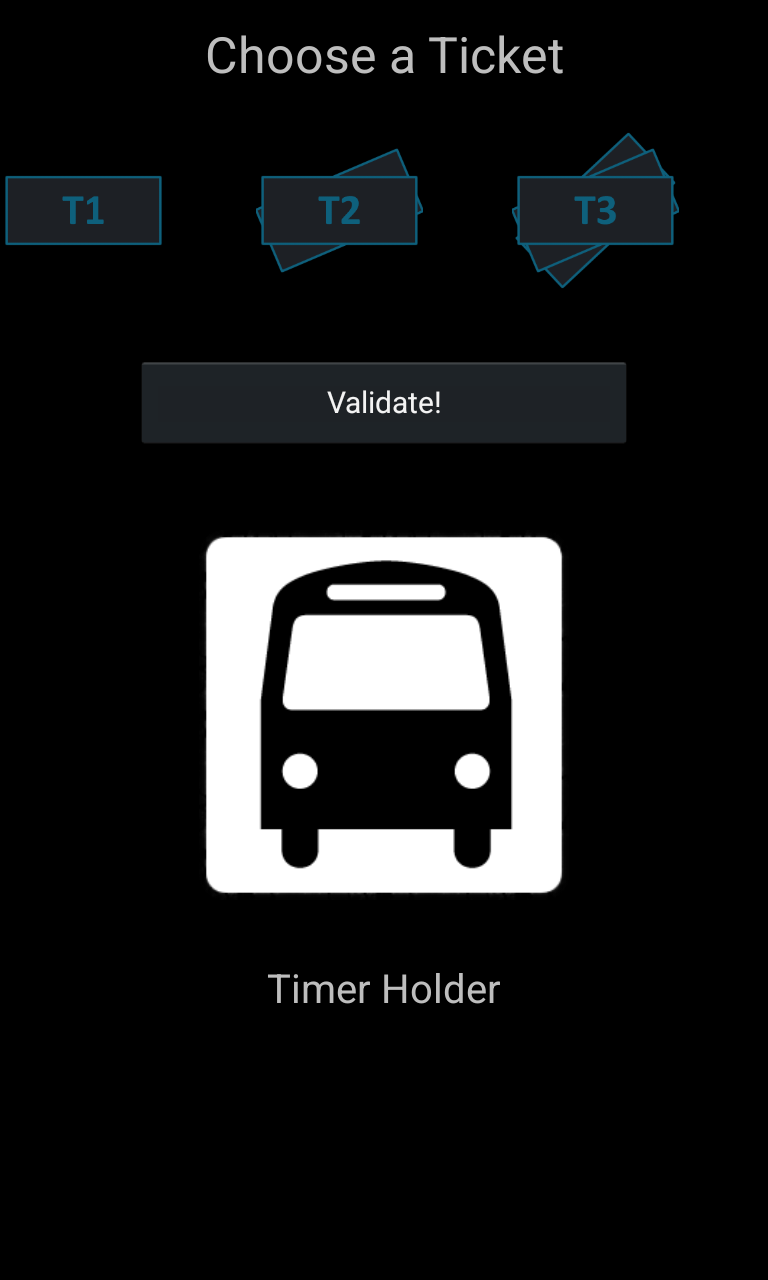
Repository: Nelspike/BusTicketer
Layout: PassengerMode/res/layout/fragment_show_tickets.xml
These files come from the project's save history. The layout is drawn as it stood at one moment and after the next save; the edit follows.
It is drawn on a 768 x 1280 px phone screen (xhdpi) without system bars, with theme AppTheme; the app's code is not run.

Above is the layout before, as saved 2013-10-19 20:53:21.

### PassengerMode/res/layout/fragment_show_tickets.xml
<FrameLayout xmlns:android="http://schemas.android.com/apk/res/android"
    xmlns:tools="http://schemas.android.com/tools"
    android:layout_width="match_parent"
    android:layout_height="match_parent"
    tools:context=".ShowTicketsFragment" >

    <LinearLayout
        android:layout_width="match_parent"
        android:layout_height="wrap_content"
        android:orientation="vertical"
        android:paddingTop="10dp">

	    <TextView
	        android:layout_width="match_parent"
	        android:layout_height="wrap_content"
	        android:text="@string/show_tickets_title"
	        android:textSize="25sp"
	        android:gravity="center"/>

		<RadioGroup
		    android:id="@+id/ticket_radio"
		    android:layout_width="match_parent"
		    android:layout_height="wrap_content"
		    android:gravity="center"
		    android:orientation="horizontal"
		    android:paddingTop="20dp"
		    android:paddingBottom="30dp" >

			<RadioButton
			    android:id="@+id/t1_radio"
				android:button="@drawable/t1_selector"
				android:layout_width="wrap_content"
				android:layout_height="wrap_content"
				android:layout_weight="1"
				android:layout_gravity="center"/>

			<RadioButton
			    android:id="@+id/t2_radio"
				android:button="@drawable/t2_selector"
				android:layout_width="wrap_content"
				android:layout_height="wrap_content"
				android:layout_weight="1"/>

			<RadioButton
			    android:id="@+id/t3_radio"
				android:button="@drawable/t3_selector"
				android:layout_width="wrap_content"
				android:layout_height="wrap_content"
				android:layout_weight="1"/>

		</RadioGroup>

		<Button
		    android:id="@+id/t1_ticket_validate"
		    android:layout_width="250dp"
		    android:layout_height="wrap_content"
		    android:layout_gravity="center"
		    android:text="@string/validate_ticket"
		    android:textSize="15sp" />

		<ImageView
		    android:id="@+id/qr_code_holder"
		    android:contentDescription="@string/description"
		    android:layout_width="450px"
		    android:layout_height="450px"
		    android:src="@drawable/bus"
		    android:layout_gravity="center"
		    android:paddingTop="40dp"/>

		<TextView
		    android:id="@+id/ticket_timer"
		    android:layout_width="match_parent"
		    android:layout_height="wrap_content"
		    android:gravity="center"
		    android:text="Timer Holder"
		    android:textSize="20sp"
		    android:paddingTop="30dp"/>

    </LinearLayout>




</FrameLayout>

### PassengerMode/res/values/styles.xml
<resources>

    <!--
        Base application theme, dependent on API level. This theme is replaced
        by AppBaseTheme from res/values-vXX/styles.xml on newer devices.
    -->
    <style name="AppBaseTheme" parent="android:Theme.Holo">
        <!--
            Theme customizations available in newer API levels can go in
            res/values-vXX/styles.xml, while customizations related to
            backward-compatibility can go here.
        -->
    </style>

    <!-- Application theme. -->
    <style name="AppTheme" parent="android:Theme.Holo">
        <!-- All customizations that are NOT specific to a particular API-level can go here. -->
    </style>

</resources>

### PassengerMode/res/values/strings.xml
<?xml version="1.0" encoding="utf-8"?>
<resources>

    <string name="app_name">Passenger Mode</string>
    <string name="action_settings">Settings</string>
    <string name="hello_world">Hello world!</string>
    <string name="welcome_string">Welcome to Bus Ticketer!</string>
    <string name="splash_screen_description">Splash Screen Logo</string>
    <string name="splash_screen_terms">Lorem ipsum dolor sit amet, consectetur adipiscing elit. In porta cursus lacus ut porta. Ut luctus et urna eu malesuada. Donec magna diam, mollis molestie est eu, bibendum semper quam. Curabitur rhoncus iaculis nisi ut luctus. Pellentesque habitant morbi tristique senectus et netus et malesuada fames ac turpis egestas. Ut luctus gravida massa, a posuere nunc sagittis ac. Maecenas porta nisi sed interdum varius. Nunc tincidunt turpis nec orci interdum sollicitudin in at nulla. Integer non lorem a elit elementum iaculis consectetur vel ipsum. Aenean sed eros laoreet, egestas lacus eu, accumsan risus. Aliquam consequat sagittis urna, quis accumsan felis malesuada sed.</string>
    <string name="splash_screen_name_label">Name:</string>
    <string name="splash_screen_card_label">CC No.:</string>
    <string name="splash_screen_register_button">Register it up!</string>
    <string name="title_activity_central">CentralActivity</string>
    <string name="hello_blank_fragment">Hello blank fragment</string>
    <string name="description">Generic Description</string>
    <string name="validate_ticket">Validate!</string>
    <string name="show_tickets_title">Choose a Ticket</string>

</resources>

### PassengerMode/res/drawable-xxhdpi/t1_selector.xml
<?xml version="1.0" encoding="utf-8"?>
<selector xmlns:android="http://schemas.android.com/apk/res/android" >
	<item android:state_checked="true" android:drawable="@drawable/selectedt1" />
	<item android:state_checked="false" android:drawable="@drawable/t1" />
</selector>

### PassengerMode/res/drawable-xxhdpi/t2_selector.xml
<?xml version="1.0" encoding="utf-8"?>
<selector xmlns:android="http://schemas.android.com/apk/res/android" >
	<item android:state_checked="true" android:drawable="@drawable/selectedt2" />
	<item android:state_checked="false" android:drawable="@drawable/t2" />
</selector>

### PassengerMode/res/drawable-xxhdpi/t3_selector.xml
<?xml version="1.0" encoding="utf-8"?>
<selector xmlns:android="http://schemas.android.com/apk/res/android" >
	<item android:state_checked="true" android:drawable="@drawable/selectedt3" />
	<item android:state_checked="false" android:drawable="@drawable/t3" />
</selector>

After the next save:
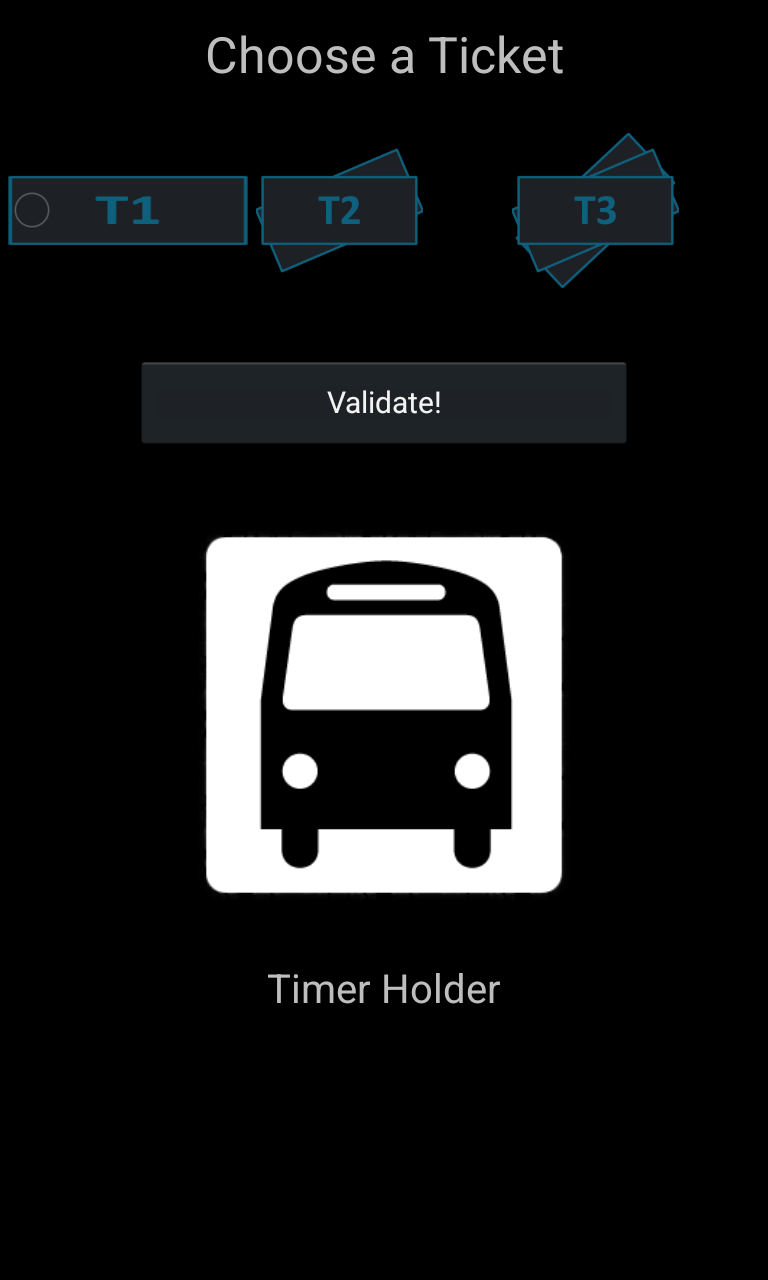
Saved 64 s later.
--- a/PassengerMode/res/layout/fragment_show_tickets.xml
+++ b/PassengerMode/res/layout/fragment_show_tickets.xml
@@ -28,7 +28,7 @@
 
 			<RadioButton
 			    android:id="@+id/t1_radio"
-				android:button="@drawable/t1_selector"
+				android:background="@drawable/t1_selector"
 				android:layout_width="wrap_content"
 				android:layout_height="wrap_content"
 				android:layout_weight="1"

After the save that followed:
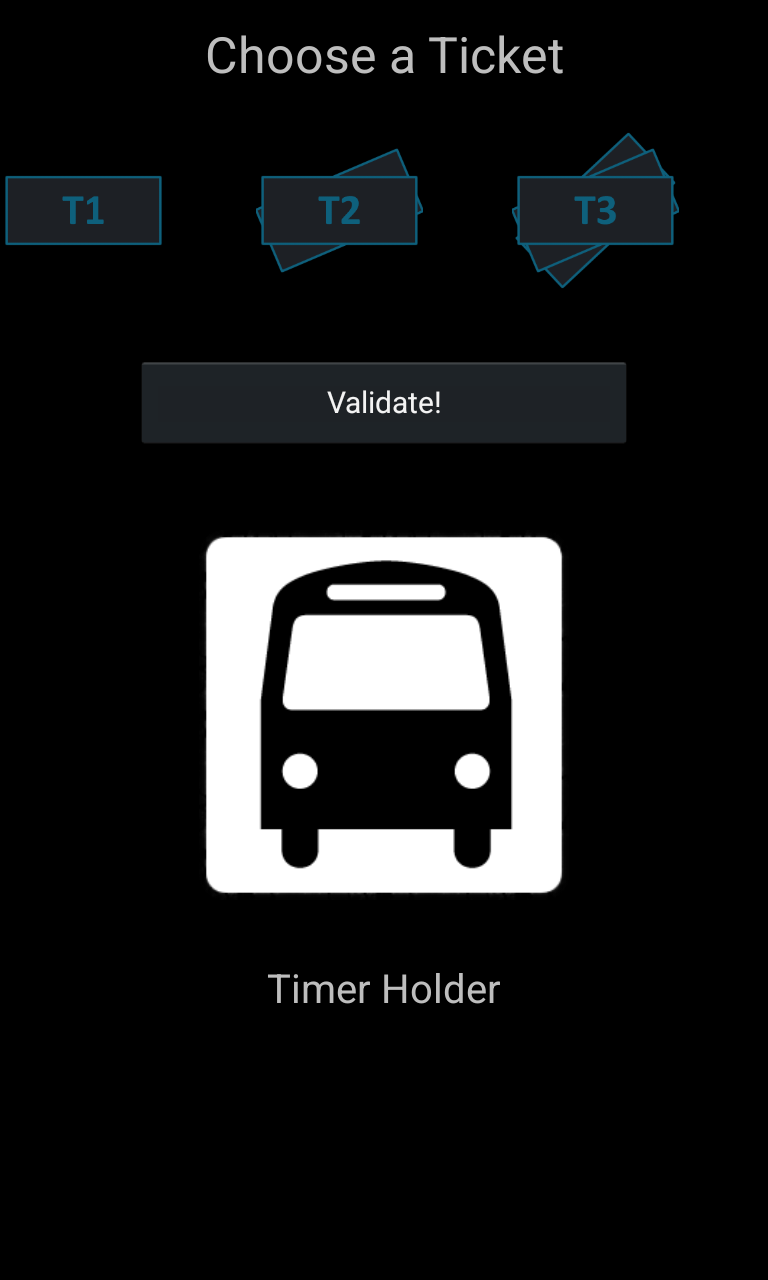
Saved 7 s later.
--- a/PassengerMode/res/layout/fragment_show_tickets.xml
+++ b/PassengerMode/res/layout/fragment_show_tickets.xml
@@ -28,7 +28,7 @@
 
 			<RadioButton
 			    android:id="@+id/t1_radio"
-				android:background="@drawable/t1_selector"
+				android:button="@drawable/t1_selector"
 				android:layout_width="wrap_content"
 				android:layout_height="wrap_content"
 				android:layout_weight="1"
